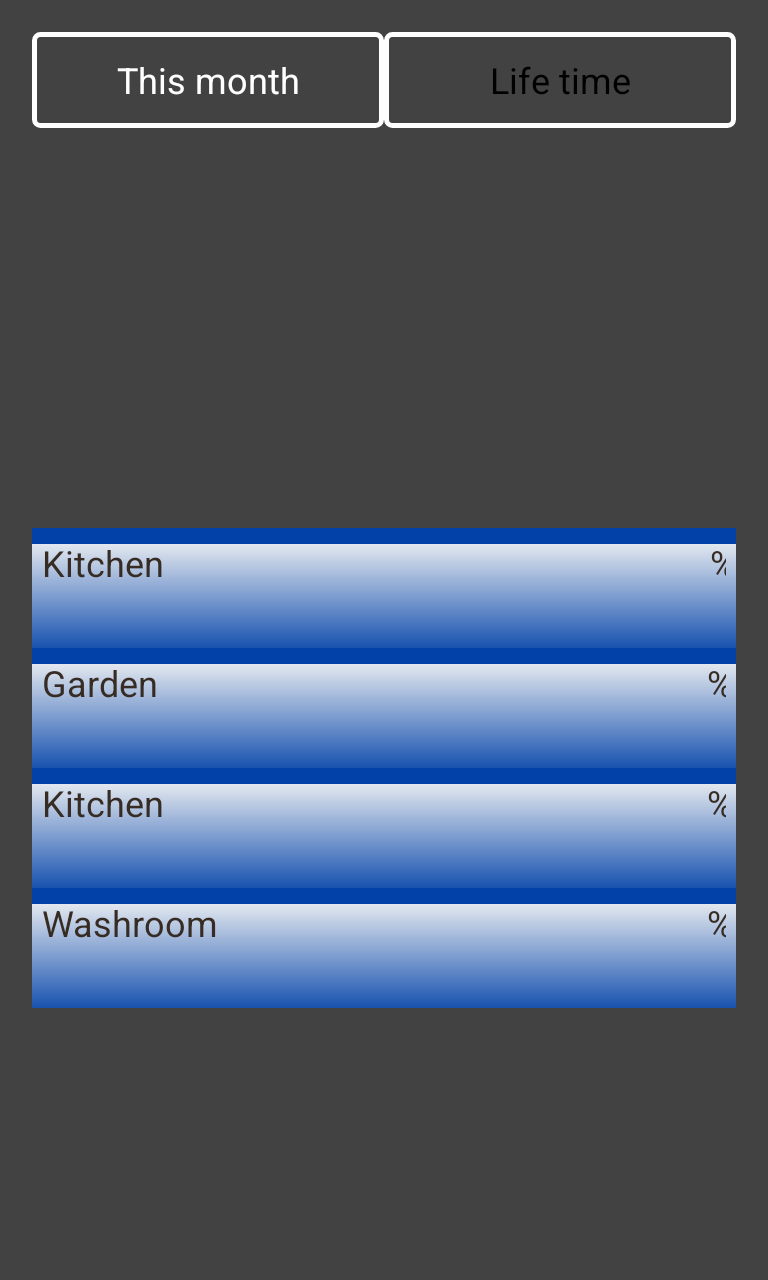
Repository: prabushitha/hydrosaver
Layout: hydrosaver/res/layout/activity_sections.xml
These files come from the project's save history. The layout is drawn as it stood at one moment and after the next save; the edit follows.
It is drawn on a 768 x 1280 px phone screen (xhdpi) without system bars, with theme AppTheme; the app's code is not run.

Above is the layout before, as saved 2016-10-08 09:15:30.

After the next save:
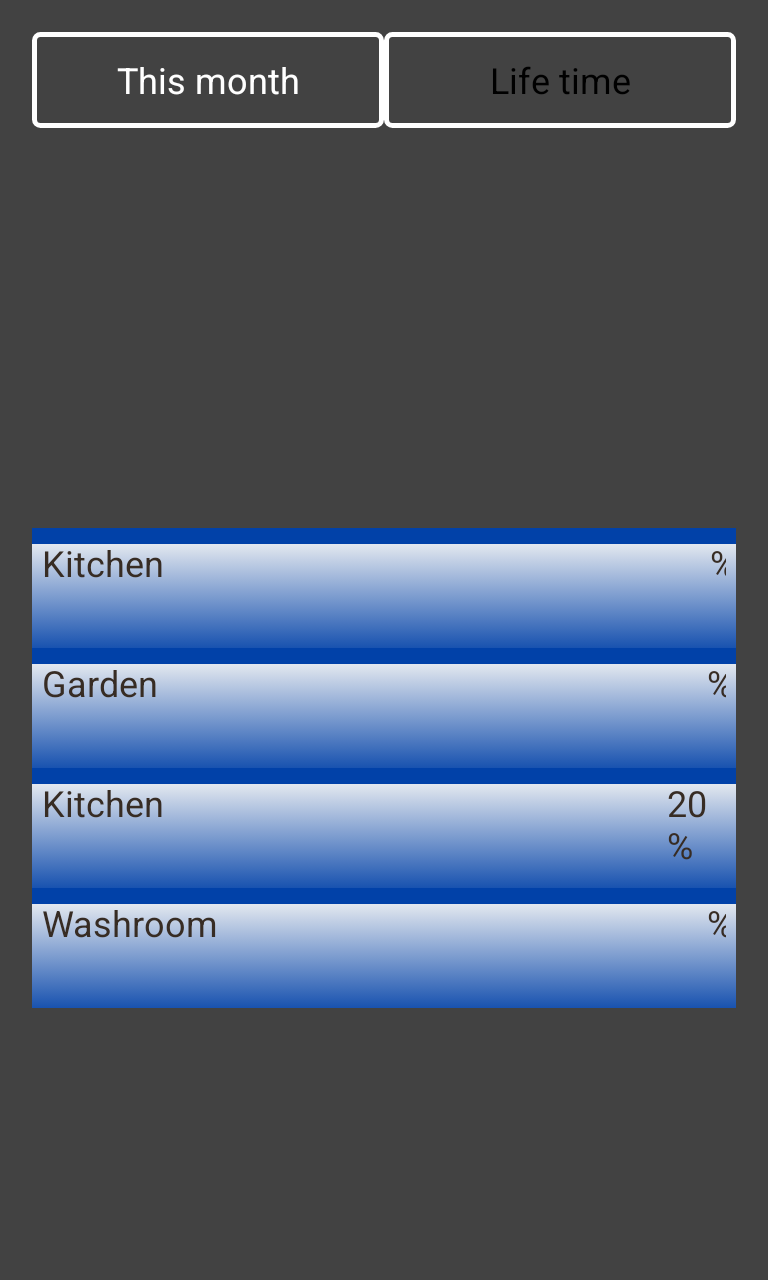
Saved 14 s later.
--- a/hydrosaver/res/layout/activity_sections.xml
+++ b/hydrosaver/res/layout/activity_sections.xml
@@ -110,7 +110,7 @@
 	               android:textSize="18sp"
 	               android:layout_weight="1"
 	               android:layout_gravity="right"
-	                android:text="%"/>
+	                android:text="20%"/>
 
 	    </TableRow>
 	    <TableRow

After the save that followed:
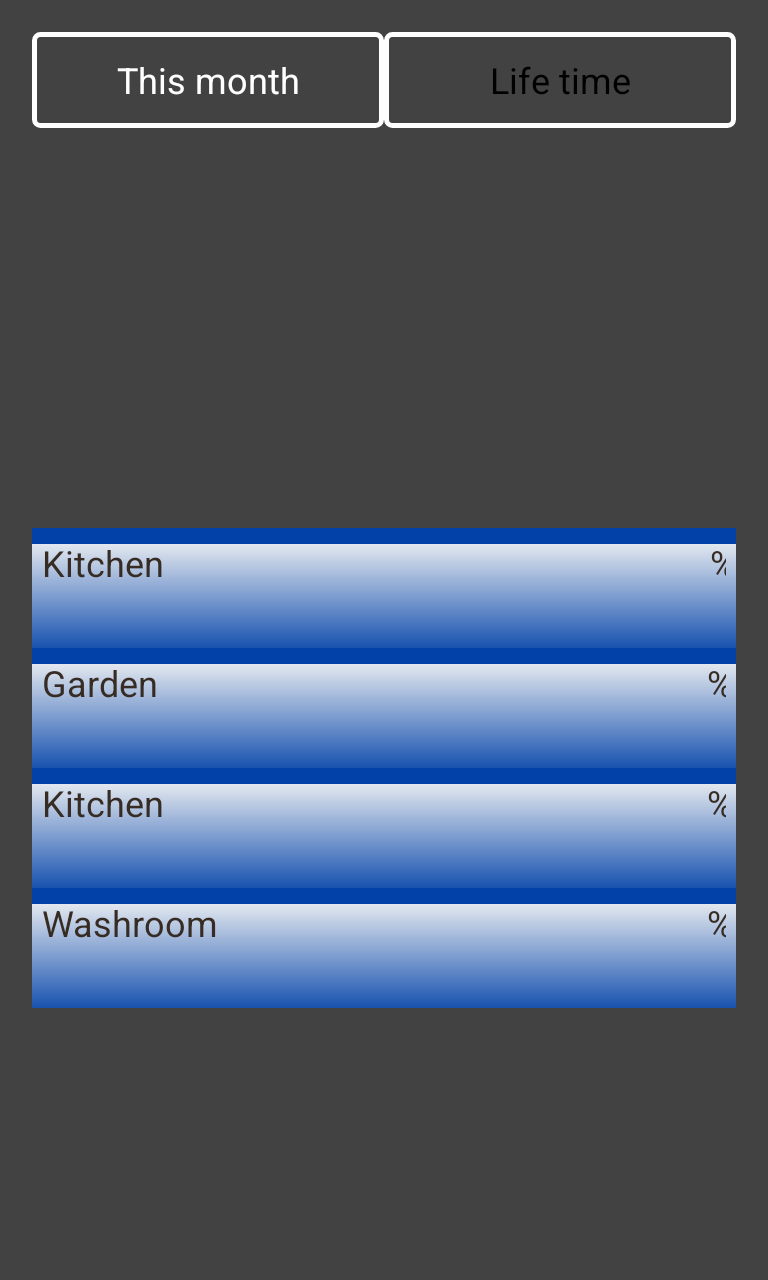
Saved 42 s later.
--- a/hydrosaver/res/layout/activity_sections.xml
+++ b/hydrosaver/res/layout/activity_sections.xml
@@ -26,7 +26,7 @@
 	                 android:layout_width="0dp"
 	                 android:layout_weight="1"
 	                android:layout_height="wrap_content"
-	              	android:background="#424242"
+
 	                android:background="@drawable/section_button"
 	                android:text="Life time"/>
 
@@ -110,7 +110,7 @@
 	               android:textSize="18sp"
 	               android:layout_weight="1"
 	               android:layout_gravity="right"
-	                android:text="20%"/>
+	                android:text="%"/>
 
 	    </TableRow>
 	    <TableRow
